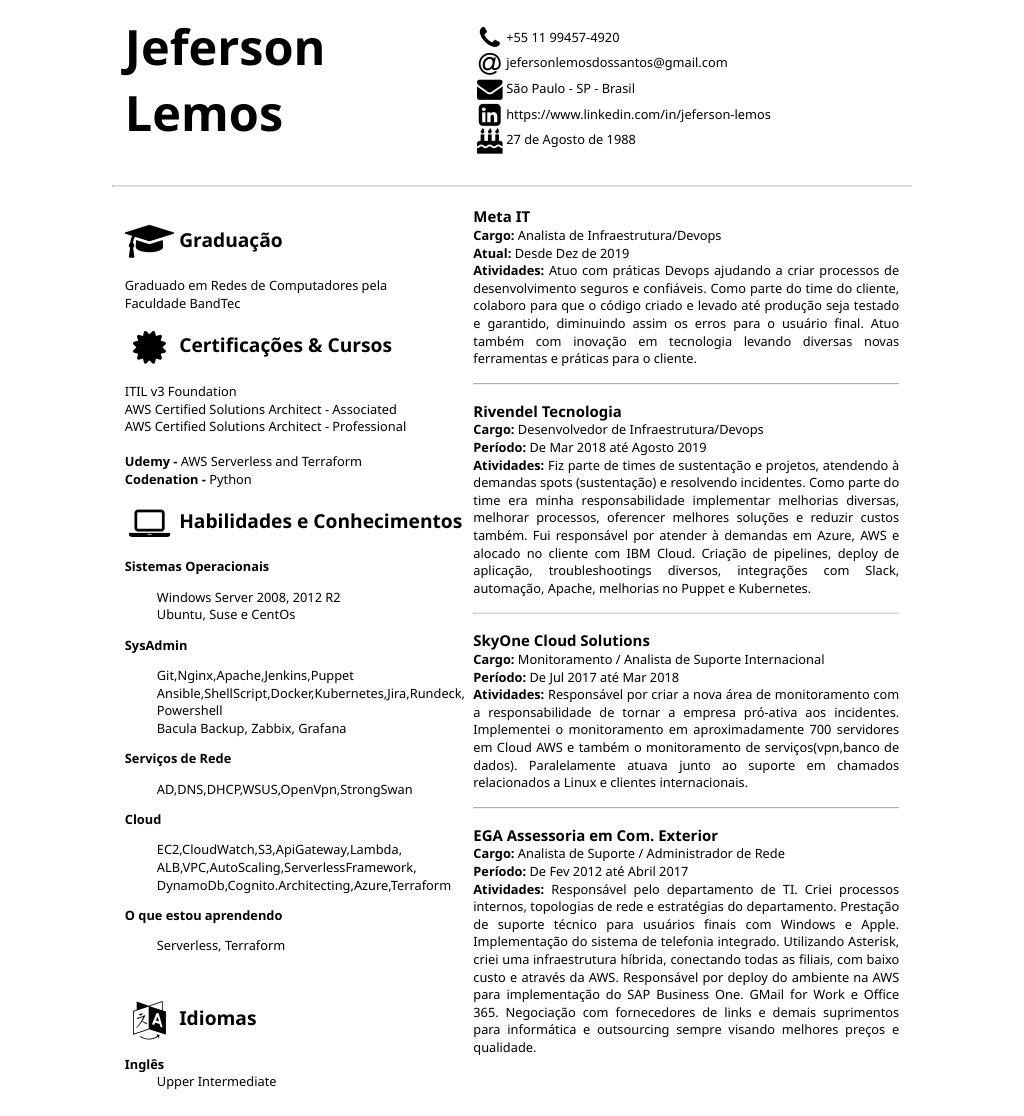
Repository: jefersonlemos/Resume-pt
Page: index.html
These files come from the project's save history. The page is drawn as it stood at one moment and after the next save; the edit follows.
The browser window is 1280 px wide. The pictures show the whole page, at 80% of full size.

Above is the page before, as saved 2020-06-15 12:14:00.

### index.html
<!DOCTYPE html>

<html lang="en">
<head>
    <meta charset="utf-8" />
    <title>Jeferson Lemos PT</title>
    <link rel="stylesheet" href="./css/normalize.css" type="text/css" />
    <link rel="stylesheet" href="./css/app.css" type="text/css" />
    <link rel="stylesheet" href="./css/font-awesome.min.css" type="text/css" />
</head>
<body>
    <div class="content">
        <header>
            <section>
                <h1>Jeferson <br />Lemos</h1>
            </section>
            <section>
                <ul>
                    <li>
                        <i class="fa fa-fw fa-2x fa-phone"></i>+55 11 99457-4920
                    </li>
                    <li>
                        <i class="fa fa-fw fa-2x fa-at"></i>jefersonlemosdossantos@gmail.com
                    </li>
                    <li>
                        <i class="fa fa-fw fa-2x fa-envelope"></i>São Paulo - SP - Brasil
                    </li>
                    <li>
                        <i class="fa fa-fw fa-2x fa-linkedin-square"></i>https://www.linkedin.com/in/jeferson-lemos
                    </li>
                    <li>
                        <i class="fa fa-fw fa-2x fa-birthday-cake"></i>27 de Agosto de 1988
                    </li>
                </ul>
            </section>
        </header>
        <hr />
        <main>
            <section>
                <article>
                    <h2><i class="fa fa-fw fa-2x fa-graduation-cap"></i> Graduação</h2>
                        Graduado em Redes de Computadores pela <br />
                        Faculdade BandTec

                </article>
                <article>
                    <h2><i class="fa fa-fw fa-2x fa-certificate"></i> Certificações & Cursos</h2>

                        ITIL v3 Foundation </br>
                        AWS Certified Solutions Architect - Associated </br>
                        AWS Certified Solutions Architect - Professional</br>
						</br>

					<b>Udemy - </b>AWS Serverless and Terraform</br>
					<b>Codenation - </b> Python </br>

                </article>
				 <article>
                    <h2><i class="fa fa-fw fa-2x fa-laptop"></i> Habilidades e Conhecimentos</h2>
                    <dl>
                        <dt>Sistemas Operacionais</dt>
                        <dd>
                            <ul>
                                <li>Windows Server 2008, 2012 R2</li>
                                <li>Ubuntu, Suse e CentOs</li>
                            </ul>
                        </dd>
                        <dt>SysAdmin</dt>
                        <dd>
                            <ul>
                                <li>Git,Nginx,Apache,Jenkins,Puppet</li>
                                <li>Ansible,ShellScript,Docker,Kubernetes,Jira,Rundeck, Powershell </li>
                                <li>Bacula Backup, Zabbix, Grafana</li>

                            </ul>
                        </dd>
                        <dt>Serviços de Rede</dt>
                        <dd>
                            <ul>
                                <li>AD,DNS,DHCP,WSUS,OpenVpn,StrongSwan</li>
                            </ul>
                        </dd>
                        <dt>Cloud</dt>
                        <dd>
                            <ul>
                                <li>EC2,CloudWatch,S3,ApiGateway,Lambda,
                                    ALB,VPC,AutoScaling,ServerlessFramework,
                                    DynamoDb,Cognito.Architecting,Azure,Terraform </li>
                            </ul>
                        </dd>
                        <dt>O que estou aprendendo</dt>
                        <dd>
                            <ul>
                                <li>Serverless, Terraform</li>
                            </ul>
                        </dd>
                    </dl>
                </article>
                <br />
                <article>
                    <h2><i class="fa fa-fw fa-2x fa-language"></i> Idiomas</h2>
                    <dl>
                        <dt>Inglês</dt>
                        <dd>Upper Intermediate</dd>
                    </dl>
                </article>
            </section>
            <section>
                <article>
                    <h3>Meta IT</h3>
                    <strong>Cargo:</strong> Analista de Infraestrutura/Devops <br />
                    <strong>Atual:</strong> Desde Dez de 2019<br />
                    <strong>Atividades:</strong> Atuo com práticas Devops ajudando a criar processos de desenvolvimento seguros e confiáveis. Como parte do time do cliente,
                     colaboro para que o código criado e levado até produção seja testado e garantido, diminuindo assim os erros para o usuário final.
                     Atuo também com inovação em tecnologia levando diversas novas ferramentas e práticas para o cliente.
                    <hr />
					<h3>Rivendel Tecnologia</h3>
                    <strong>Cargo:</strong> Desenvolvedor de Infraestrutura/Devops <br />
                    <strong>Período:</strong> De Mar 2018 até Agosto 2019<br />
                    <strong>Atividades:</strong> Fiz parte de times de sustentação e projetos, atendendo à demandas spots (sustentação) e resolvendo incidentes.
                    Como parte do time era minha responsabilidade implementar melhorias diversas, melhorar processos, oferencer melhores soluções e reduzir custos também.
                    Fui responsável por atender à demandas em Azure, AWS e alocado no cliente com IBM Cloud. Criação de pipelines, deploy de aplicação, troubleshootings diversos,
                     integrações com Slack, automação, Apache, melhorias no Puppet e Kubernetes.
                    <hr />
		            <h3>SkyOne Cloud Solutions</h3>
                    <strong>Cargo:</strong> Monitoramento / Analista de Suporte Internacional <br />
                    <strong>Período:</strong> De Jul 2017 até Mar 2018<br />
                    <strong>Atividades:</strong> Responsável por criar a nova área de monitoramento com a responsabilidade de tornar a empresa pró-ativa aos incidentes.
                    Implementei o monitoramento em aproximadamente 700 servidores em Cloud AWS e também o monitoramento de serviços(vpn,banco de dados).
			        Paralelamente atuava junto ao suporte em chamados relacionados a Linux e clientes internacionais.
                    <hr />
                    <h3>EGA Assessoria em Com. Exterior</h3>
                    <strong>Cargo:</strong> Analista de Suporte / Administrador de Rede  <br />
                    <strong>Período:</strong> De Fev 2012 até Abril 2017<br />
                    <strong>Atividades:</strong> Responsável pelo departamento de TI. Criei processos internos, topologias de rede e estratégias do departamento.
                    Prestação de suporte técnico para usuários finais com Windows e Apple. Implementação do sistema de telefonia integrado. Utilizando Asterisk,
                    criei uma infraestrutura híbrida, conectando todas as filiais, com baixo custo e através da AWS. Responsável por deploy do ambiente na AWS para
                    implementação do SAP Business One. GMail for Work e Office 365. Negociação com fornecedores de links e demais suprimentos para informática e outsourcing
                    sempre visando melhores preços e qualidade.
                    <!-- <hr />
                    <h3>Kosmos Tecnologia</h3>
                    <strong>Cargo:</strong> Empreendedor<br />
                    <strong>Período:</strong> De Nov 2009 até Fev 2012<br />
                    <strong>Atividades:</strong> Eu fui um empreendedor e fui responsável por prover suporte técnico (hardware e software) para os clientes.
                    Fui também responsável por procurar novos clientes.
                    Prestei consultoria para pequenas empresas montando novos escritórios, criando websites, politicas de rede, backups e melhorias na rede.
                    Migrei um grande site chamado famosidades.com.br de um pequeno hosting para um hosting maior e mais seguro, migrei de Windows para Linux.
                    <hr /> -->
                   <!-- <h3>Stefanini IT Solutions</h3>
                    <strong>Cargo:</strong> Analista de Suporte I & II<br />
                    <strong>Periodo:</strong> De Nov 2008 até Nov 2009<br />
                    <strong>Atividades :</strong> Meu primeiro emprego, eu prestei suporte técnico em início de carreira. Participei de um projeto de migração de
                    1000 hosts de um domínio Windows 2003 para um novo domínio WIndows 2008.
                    <hr />-->
                </article>
            </section>
        </main>
        <footer>

        </footer>
    </div>
</body>
</html>

### css/app.css
body {
    font-family: 'Segoe UI', sans-serif;
}

.content {
    width: 1000px;
    margin: 0 auto;
}

header,
main {
    display: flex;
    padding: 1rem;
}

    header section,
    main section {
        -ms-flex: 1;
        flex: 1;
    }
    header section:first-child,
    main section:first-child {
        max-width: 45%;
    }

header h1 {
    font-size: 3.8rem;
    margin: 0;
}
main h3 {
    margin: 0;
}
main hr {
    margin: 20px 0;
}
header .fa,
main .fa {
    vertical-align: middle;
}
ul {
    list-style: none;
    padding: 0;
}

dt {
    font-weight: bold;
}

/* Para ajustar o tamanho da fonte e alinhamento do texto nos campos de experiência
propriedade criada por mim  */
article {
    font-size: 16px;
    text-align: justify;
}

Loaded but not shown: css/normalize.css (library); css/font-awesome.min.css (library)

After the next save:
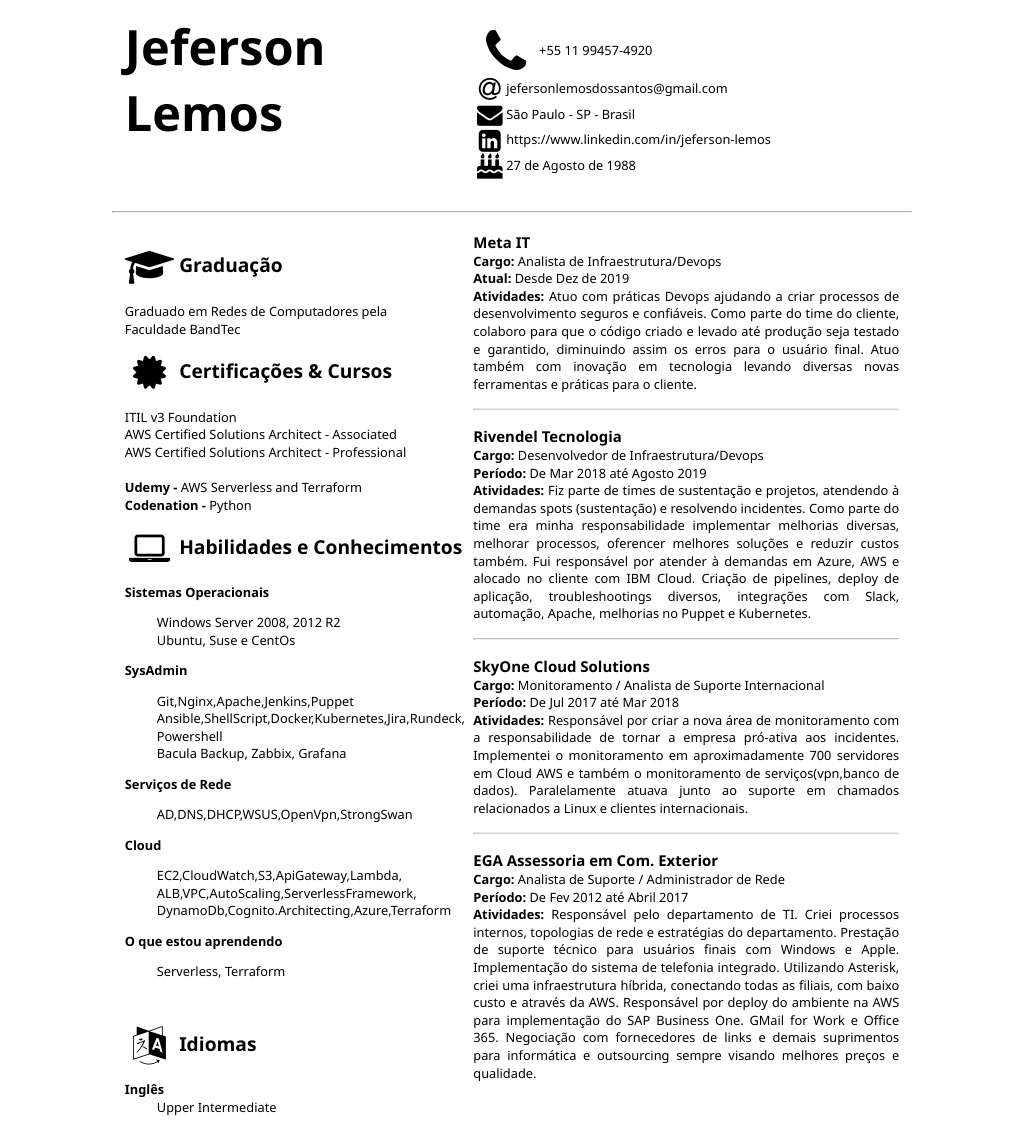
Saved 21 s later.
--- a/index.html
+++ b/index.html
@@ -17,7 +17,7 @@
             <section>
                 <ul>
                     <li>
-                        <i class="fa fa-fw fa-2x fa-phone"></i>+55 11 99457-4920
+                        <i class="fa fa-fw fa-4x fa-phone"></i>+55 11 99457-4920
                     </li>
                     <li>
                         <i class="fa fa-fw fa-2x fa-at"></i>jefersonlemosdossantos@gmail.com
